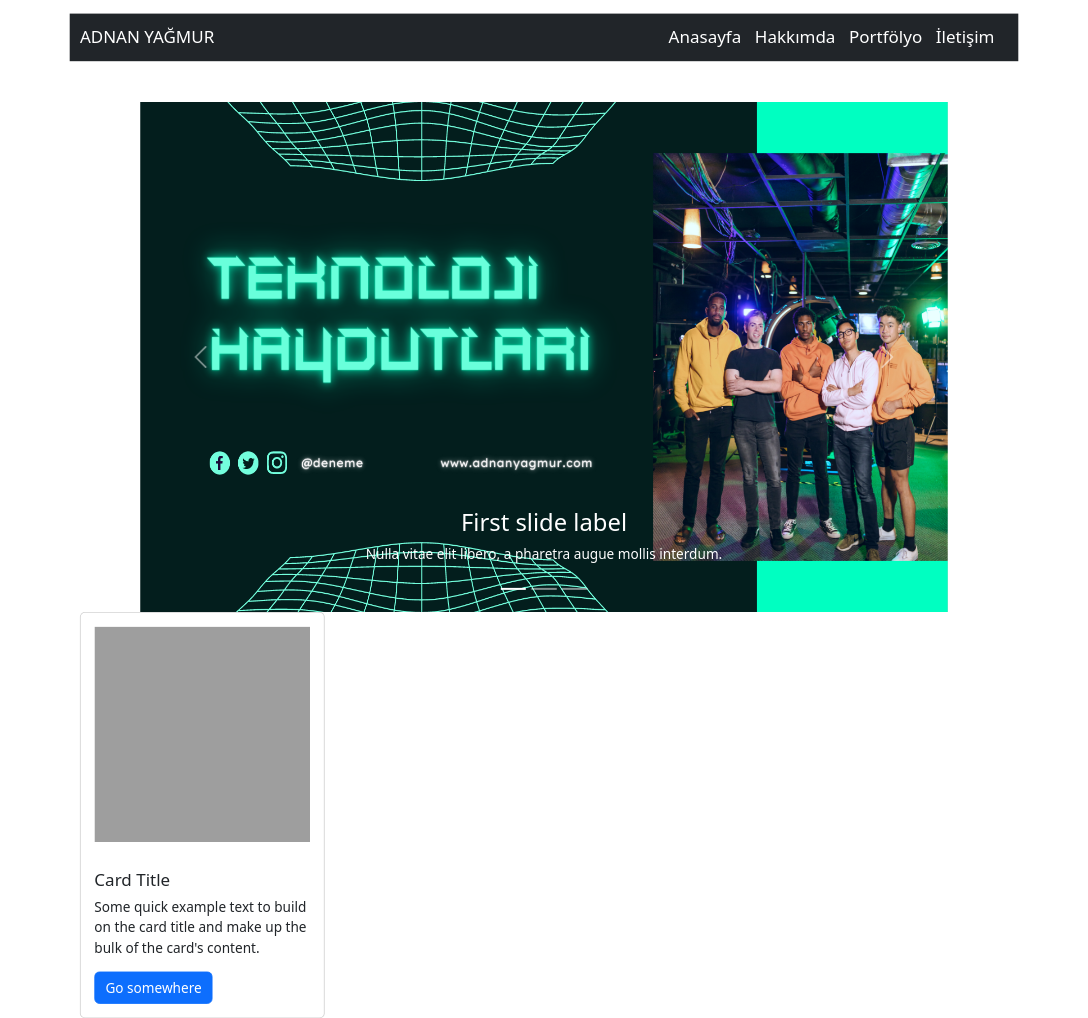
Repository: adnanyagmur/react-bootstrap-example
Page: /
An editor plug-in stored every save of this project. The page is shown before and after the next save, followed by the edit.
The browser window is 1280 px wide. The pictures show the whole page, at 85% of full size.
Pictures or frames that could not be fetched are drawn as grey boxes. The project was rebuilt for these pictures with package versions that can differ from the ones it lists, and the page was loaded fresh each time.

Above is the page before, as saved 2022-06-29 10:54:21.

### src/index.js
import React from 'react';
import ReactDOM from 'react-dom/client';
import '../node_modules/bootstrap/dist/css/bootstrap.min.css';
import SSRProvider from 'react-bootstrap/SSRProvider';
import App from './App';


const root = ReactDOM.createRoot(document.getElementById('root'));
root.render(
  <React.StrictMode>
  <SSRProvider>
  <App />
</SSRProvider>
  </React.StrictMode>
);

### src/App.js
import  Appbar  from "./appComponents/Appbar.jsx";
import Container from "./appComponents/Container.jsx";
import Slider from "./appComponents/Slider.jsx";

function App() {

 return (
 <div className="container">

  <div>
<Appbar></Appbar>
</div>
<div>
<Slider></Slider>
</div>
<div>
  <Container></Container>
</div>
  </div>
  );
}

export default App;

### src/appComponents/Appbar.jsx

const Appbar =()=>{

    return(
        <>
  <nav className="navbar navbar-dark bg-dark mb-5 mt-3">
  <div className="container-fluid">
    <a href="/" className="navbar-brand">ADNAN YAĞMUR</a>
    <form className="d-flex" role="search">
    <a href="/" className="navbar-brand">Anasayfa</a>
    <a href="/" className="navbar-brand">Hakkımda</a>
    <a href="/" className="navbar-brand">Portfölyo</a>
    <a href="/" className="navbar-brand">İletişim</a>

    </form>
  </div>
</nav>

</>
    )
}

export default Appbar;

### src/appComponents/Container.jsx
import {Card,Button} from "react-bootstrap"

const Container = () => {

    return (
        <div className="container">
            <Card style={{ width: '18rem' }}>

                <Card.Img className="p-3" variant="top" src="https://picsum.photos/200/200" />

                <Card.Body>
                    <Card.Title>Card Title</Card.Title>
                    <Card.Text>
                        Some quick example text to build on the card title and make up the bulk of
                        the card's content.
                    </Card.Text>
                    <Button variant="primary">Go somewhere</Button>
                </Card.Body>
            </Card>
        </div>

    )
}

export default Container;

### src/appComponents/Slider.jsx
import {Carousel, Col, Container, Row,} from "react-bootstrap"
import Logo1 from "../assets/Logo1.png";
import Logo2 from "../assets/Logo2.png";
import Logo3 from "../assets/Logo3.png";

const Slider = ()=>{

    return(<Container>
      <Row>
        <Col></Col>


        <Col>
        <Carousel style={{width:"950px"}}>
        <Carousel.Item interval={1000}>
          <img
            className="d-block w-100"
            src={Logo1}
            alt="First slide"
             height="600"
          />
          <Carousel.Caption>
            <h3>First slide label</h3>
            <p>Nulla vitae elit libero, a pharetra augue mollis interdum.</p>
          </Carousel.Caption>
        </Carousel.Item>
        <Carousel.Item interval={1000}>
          <img
            className="d-block w-100"
            src={Logo2}
            alt="Second slide"
         height="600"
          />

          <Carousel.Caption>
            <h3>Second slide label</h3>
            <p>Lorem ipsum dolor sit amet, consectetur adipiscing elit.</p>
          </Carousel.Caption>
        </Carousel.Item>
        <Carousel.Item interval={1000}>
          <img
            className="d-block w-100"
            src={Logo3}
            alt="Third slide"
            height="600"
          />

          <Carousel.Caption>
            <h3>Third slide label</h3>
            <p>Praesent commodo cursus magna, vel scelerisque nisl consectetur.</p>
          </Carousel.Caption>
        </Carousel.Item>
      </Carousel>
      </Col>
      <Col>
      </Col>
      </Row>

      </Container>

    )
}
export default Slider;

Loaded but not shown: public/index.html (common file)

After the next save:
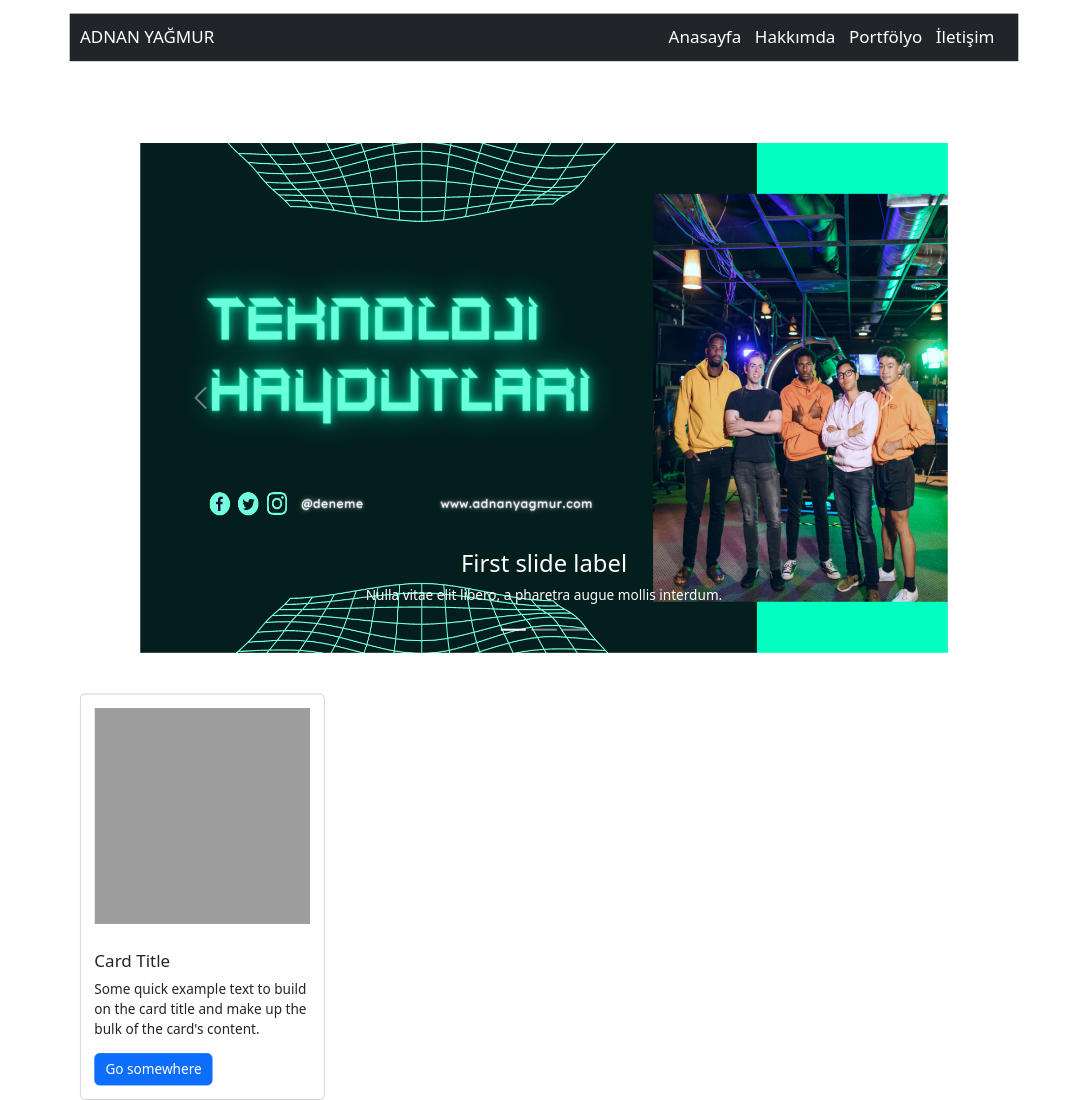
Saved 36 s later.
--- a/src/appComponents/Slider.jsx
+++ b/src/appComponents/Slider.jsx
@@ -1,63 +1,65 @@
-import {Carousel, Col, Container, Row,} from "react-bootstrap"
+import { Carousel, Col, Container, Row, } from "react-bootstrap"
 import Logo1 from "../assets/Logo1.png";
 import Logo2 from "../assets/Logo2.png";
 import Logo3 from "../assets/Logo3.png";
 
-const Slider = ()=>{
+const Slider = () => {
 
-    return(<Container>
-      <Row>
-        <Col></Col>
+  return (
+
+  <Container className="p-5">
+    <Row>
+      <Col></Col>
 
 
-        <Col>
-        <Carousel style={{width:"950px"}}>
-        <Carousel.Item interval={1000}>
-          <img
-            className="d-block w-100"
-            src={Logo1}
-            alt="First slide"
-             height="600"
-          />
-          <Carousel.Caption>
-            <h3>First slide label</h3>
-            <p>Nulla vitae elit libero, a pharetra augue mollis interdum.</p>
-          </Carousel.Caption>
-        </Carousel.Item>
-        <Carousel.Item interval={1000}>
-          <img
-            className="d-block w-100"
-            src={Logo2}
-            alt="Second slide"
-         height="600"
-          />
+      <Col>
+        <Carousel style={{ width: "950px" }}>
+          <Carousel.Item interval={1000}>
+            <img
+              className="d-block w-100"
+              src={Logo1}
+              alt="First slide"
+              height="600"
+            />
+            <Carousel.Caption>
+              <h3>First slide label</h3>
+              <p>Nulla vitae elit libero, a pharetra augue mollis interdum.</p>
+            </Carousel.Caption>
+          </Carousel.Item>
+          <Carousel.Item interval={1000}>
+            <img
+              className="d-block w-100"
+              src={Logo2}
+              alt="Second slide"
+              height="600"
+            />
 
-          <Carousel.Caption>
-            <h3>Second slide label</h3>
-            <p>Lorem ipsum dolor sit amet, consectetur adipiscing elit.</p>
-          </Carousel.Caption>
-        </Carousel.Item>
-        <Carousel.Item interval={1000}>
-          <img
-            className="d-block w-100"
-            src={Logo3}
-            alt="Third slide"
-            height="600"
-          />
+            <Carousel.Caption>
+              <h3>Second slide label</h3>
+              <p>Lorem ipsum dolor sit amet, consectetur adipiscing elit.</p>
+            </Carousel.Caption>
+          </Carousel.Item>
+          <Carousel.Item interval={1000}>
+            <img
+              className="d-block w-100"
+              src={Logo3}
+              alt="Third slide"
+              height="600"
+            />
 
-          <Carousel.Caption>
-            <h3>Third slide label</h3>
-            <p>Praesent commodo cursus magna, vel scelerisque nisl consectetur.</p>
-          </Carousel.Caption>
-        </Carousel.Item>
-      </Carousel>
+            <Carousel.Caption>
+              <h3>Third slide label</h3>
+              <p>Praesent commodo cursus magna, vel scelerisque nisl consectetur.</p>
+            </Carousel.Caption>
+          </Carousel.Item>
+        </Carousel>
       </Col>
       <Col>
       </Col>
-      </Row>
+    </Row>
 
-      </Container>
+  </Container>
 
-    )
+  )
 }
 export default Slider;
